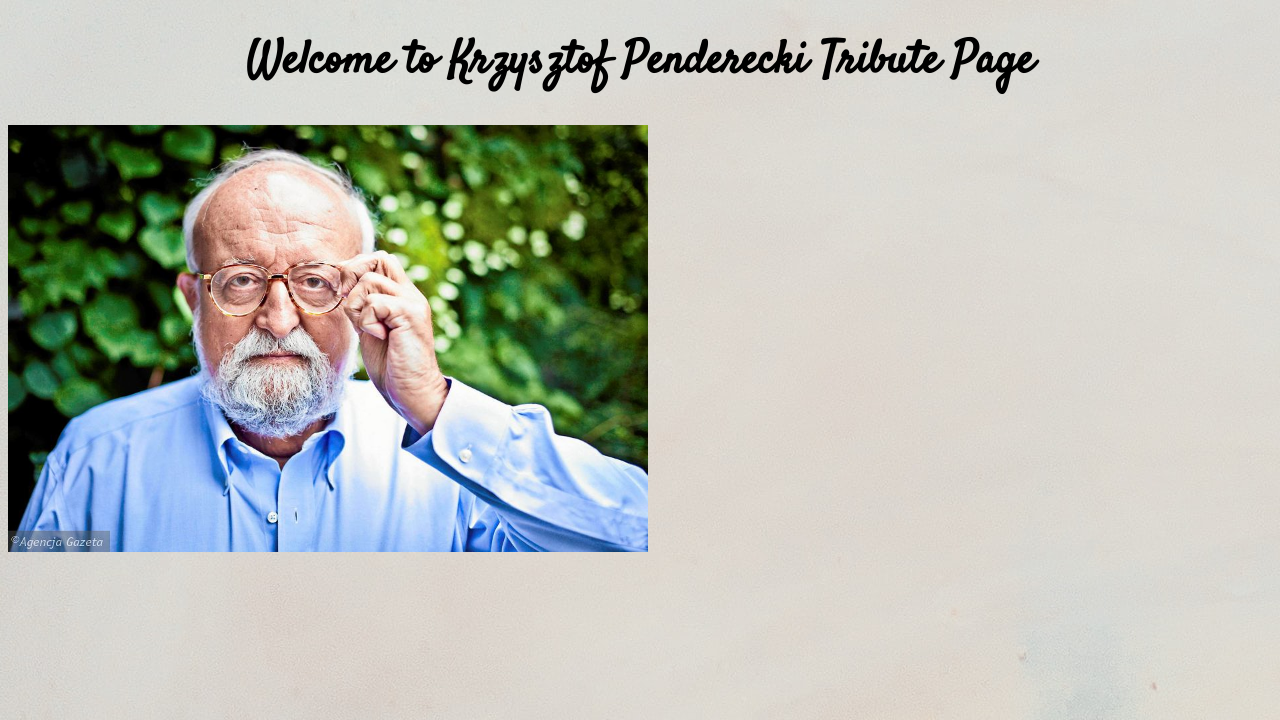
Repository: justynke/tribute_page
Page: index.html
These files come from the project's save history. The page is drawn as it stood at one moment and after the next save; the edit follows.
The browser window is 1280 px wide. The pictures show the whole page.

Above is the page before, as saved 2020-04-22 23:37:27.

After the next save:
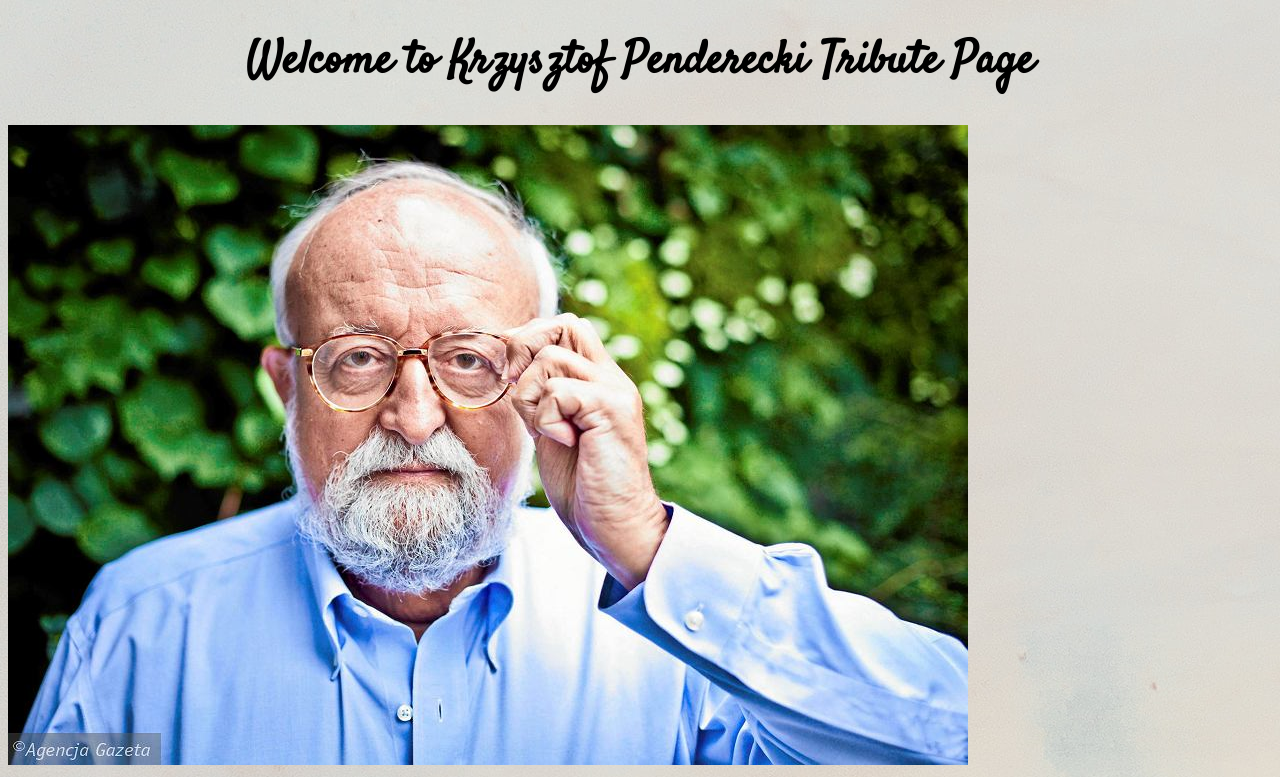
Saved 2 min 7 s later.
--- a/styles.css
+++ b/styles.css
@@ -8,10 +8,6 @@
     font-size: 45px;
 }
 
-#pender01 {
-    width: 50vw;
-}
-
-#img-div {
+#img-div::before {
     align: center;
 }
